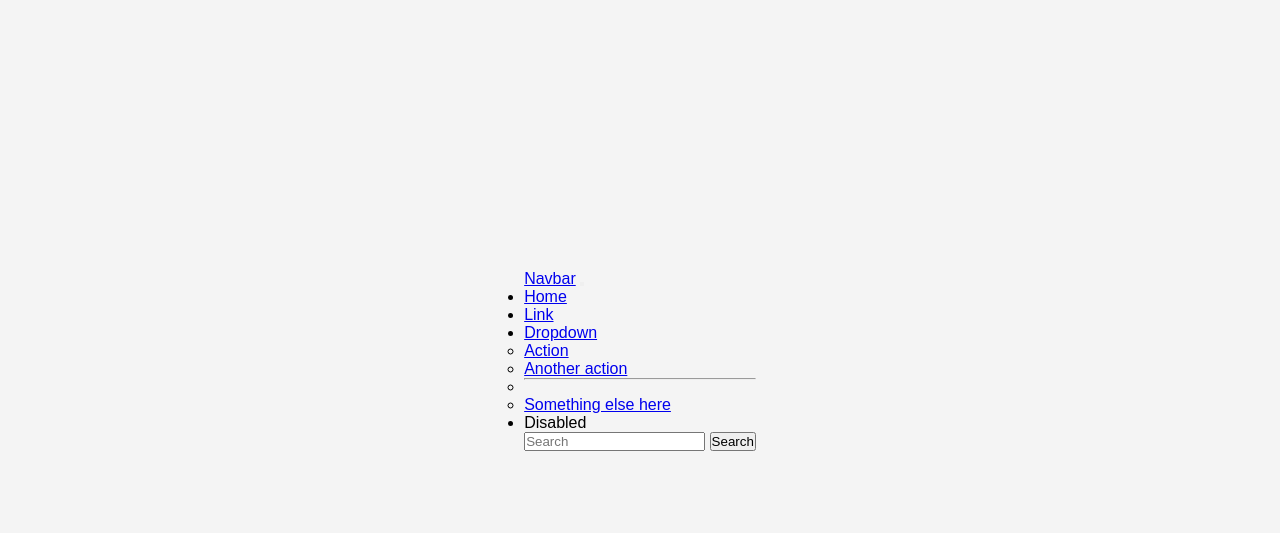
Repository: TejasS1233/MINITHON-hackathon-project
Page: loginpage.html
These files come from the project's save history. The page is drawn as it stood at one moment and after the next save; the edit follows.
The browser window is 1280 px wide. The pictures show the whole page.

Above is the page before, as saved 2024-09-20 11:08:42.
Console error: TypeError: Cannot read properties of null (reading 'addEventListener')

### loginpage.html
<!DOCTYPE html>
<html lang="en">
<head>
    <meta charset="UTF-8">
    <meta name="viewport" content="width=device-width, initial-scale=1.0">
    <title>Login Page</title>

    <style>
        * {
            margin: 0;
            padding: 0;
            box-sizing: border-box;
        }

        body {
            font-family: Arial, sans-serif;
            background-color: #f4f4f4;
            display: flex;
            justify-content: center;
            align-items: center;
            height: 100vh;
        }

        .login-container {
            background-color: #fff;
            padding: 30px;
            border-radius: 8px;
            box-shadow: 0 4px 10px rgba(0, 0, 0, 0.1);
            width: 350px;
        }

        h1 {
            text-align: center;
            margin-bottom: 20px;
            font-size: 24px;
            color: #333;
        }

        .login-container input {
            width: 100%;
            padding: 10px;
            margin: 10px 0;
            border: 1px solid #ccc;
            border-radius: 4px;
        }

        .login-container button {
            width: 100%;
            padding: 10px;
            background-color: #28a745;
            border: none;
            border-radius: 4px;
            color: white;
            font-size: 16px;
            cursor: pointer;
        }

        .login-container button:hover {
            background-color: #218838;
        }

        .login-container p {
            text-align: center;
            margin-top: 15px;
        }

        .login-container p a {
            color: #007bff;
            text-decoration: none;
        }

        .login-container p a:hover {
            text-decoration: underline;
        }
    </style>
</head>
<body>

    <nav class="navbar navbar-expand-lg bg-body-tertiary">
        <div class="container-fluid">
          <a class="navbar-brand" href="#">Navbar</a>
          <button class="navbar-toggler" type="button" data-bs-toggle="collapse" data-bs-target="#navbarSupportedContent" aria-controls="navbarSupportedContent" aria-expanded="false" aria-label="Toggle navigation">
            <span class="navbar-toggler-icon"></span>
          </button>
          <div class="collapse navbar-collapse" id="navbarSupportedContent">
            <ul class="navbar-nav me-auto mb-2 mb-lg-0">
              <li class="nav-item">
                <a class="nav-link active" aria-current="page" href="#">Home</a>
              </li>
              <li class="nav-item">
                <a class="nav-link" href="#">Link</a>
              </li>
              <li class="nav-item dropdown">
                <a class="nav-link dropdown-toggle" href="#" role="button" data-bs-toggle="dropdown" aria-expanded="false">
                  Dropdown
                </a>
                <ul class="dropdown-menu">
                  <li><a class="dropdown-item" href="#">Action</a></li>
                  <li><a class="dropdown-item" href="#">Another action</a></li>
                  <li><hr class="dropdown-divider"></li>
                  <li><a class="dropdown-item" href="#">Something else here</a></li>
                </ul>
              </li>
              <li class="nav-item">
                <a class="nav-link disabled" aria-disabled="true">Disabled</a>
              </li>
            </ul>
            <form class="d-flex" role="search">
              <input class="form-control me-2" type="search" placeholder="Search" aria-label="Search">
              <button class="btn btn-outline-success" type="submit">Search</button>
            </form>
          </div>
        </div>
      </nav>

    <!-- <div class="login-container">
        <h1>Login</h1>

        <form action="/login" method="POST">
            <input type="text" name="username" placeholder="Username" required>
            <input type="password" name="password" placeholder="Password" required>
            <button type="submit">Login</button>
        </form>


    </div> -->

    <script>
        // JavaScript for form validation
        document.getElementById('loginForm').addEventListener('submit', function(event) {
            // Prevent form submission if validation fails
            event.preventDefault();

            // Get form fields
            const username = document.getElementById('username').value;
            const password = document.getElementById('password').value;
            const errorMsg = document.getElementById('errorMsg');

            // Clear any previous error message
            errorMsg.textContent = '';

            // Simple validation check: Ensure both fields are filled
            if (username!="Tejas1233" && password!="Tejas@2005") {
                errorMsg.textContent = 'Wrong username or password';
                return;
            }


            alert('Login successful!');

            window.location.href = '/home'; // Replace '/home' with the actual URL of your home page





        });
    </script>


</body>
</html>

After the next save:
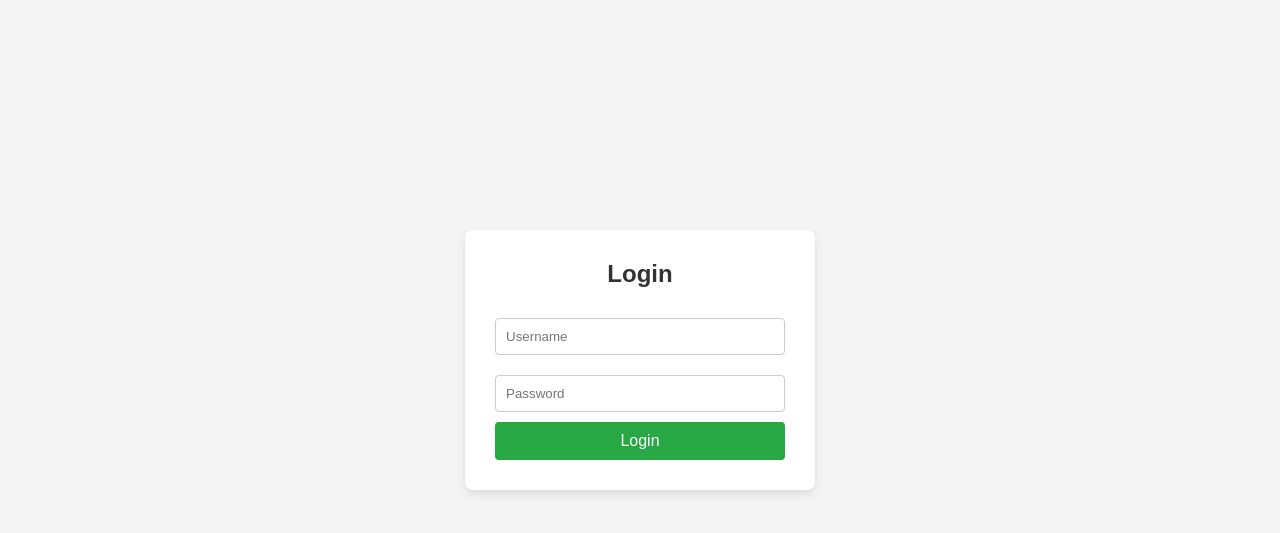
Saved 11 s later.
--- a/loginpage.html
+++ b/loginpage.html
@@ -76,44 +76,7 @@
 </head>
 <body>
 
-    <nav class="navbar navbar-expand-lg bg-body-tertiary">
-        <div class="container-fluid">
-          <a class="navbar-brand" href="#">Navbar</a>
-          <button class="navbar-toggler" type="button" data-bs-toggle="collapse" data-bs-target="#navbarSupportedContent" aria-controls="navbarSupportedContent" aria-expanded="false" aria-label="Toggle navigation">
-            <span class="navbar-toggler-icon"></span>
-          </button>
-          <div class="collapse navbar-collapse" id="navbarSupportedContent">
-            <ul class="navbar-nav me-auto mb-2 mb-lg-0">
-              <li class="nav-item">
-                <a class="nav-link active" aria-current="page" href="#">Home</a>
-              </li>
-              <li class="nav-item">
-                <a class="nav-link" href="#">Link</a>
-              </li>
-              <li class="nav-item dropdown">
-                <a class="nav-link dropdown-toggle" href="#" role="button" data-bs-toggle="dropdown" aria-expanded="false">
-                  Dropdown
-                </a>
-                <ul class="dropdown-menu">
-                  <li><a class="dropdown-item" href="#">Action</a></li>
-                  <li><a class="dropdown-item" href="#">Another action</a></li>
-                  <li><hr class="dropdown-divider"></li>
-                  <li><a class="dropdown-item" href="#">Something else here</a></li>
-                </ul>
-              </li>
-              <li class="nav-item">
-                <a class="nav-link disabled" aria-disabled="true">Disabled</a>
-              </li>
-            </ul>
-            <form class="d-flex" role="search">
-              <input class="form-control me-2" type="search" placeholder="Search" aria-label="Search">
-              <button class="btn btn-outline-success" type="submit">Search</button>
-            </form>
-          </div>
-        </div>
-      </nav>
-
-    <!-- <div class="login-container">
+    <div class="login-container">
         <h1>Login</h1>
 
         <form action="/login" method="POST">
@@ -123,7 +86,7 @@
         </form>
 
 
-    </div> -->
+    </div>
 
     <script>
         // JavaScript for form validation
